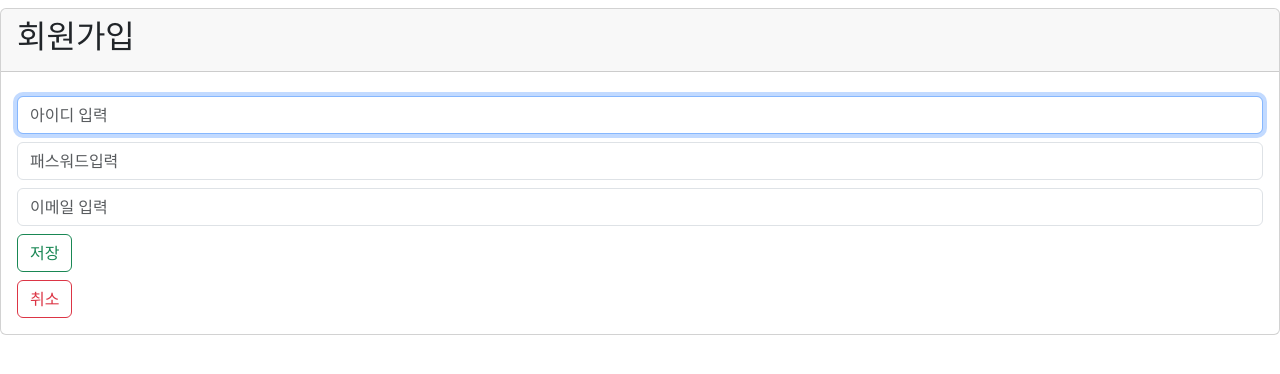
Repository: ldj0905/javaproject
Page: http://localhost/lab05_jsp/user/signup
An editor plug-in stored every save of this project. The page is shown before and after the next save, followed by the edit.
The browser window is 1280 px wide. The pictures show the whole page.
The page is served by Tomcat 10.

Above is the page before, as saved 2024-05-30 09:57:08.

After the next save:
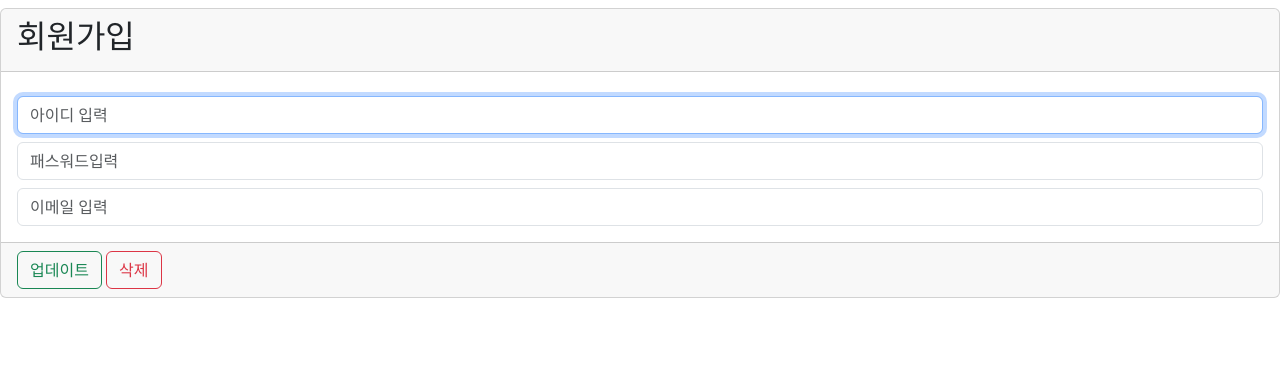
Saved 2 min 50 s later.
--- a/lab05_jsp/src/main/webapp/WEB-INF/views/user/signup.jsp
+++ b/lab05_jsp/src/main/webapp/WEB-INF/views/user/signup.jsp
@@ -39,15 +39,13 @@
                         <input class="form-control" type="text"
                             name="email" placeholder="이메일 입력" required />
                     </div>
-                    <div class="mt-2">
-                        <input class="btn btn-outline-success"
-                            type="submit" value="저장" />
-                    <div class="mt-2">
-                        <input class="btn btn-outline-danger"
-                            type="submit" value="취소"/>
-                    </div>
-                    </div>
                 </form>
+            </div>
+            <div>
+                <div class ="card-footer">
+                    <button id = "btnUpdate" class = "btn btn-outline-success">업데이트</button> <!--  수정한거 저장하기 -->
+                    <button id = "btnDelete" class = "btn btn-outline-danger">삭제</button> <!-- 글삭제  -->
+                </div>
             </div>
         </div>
     </main>
